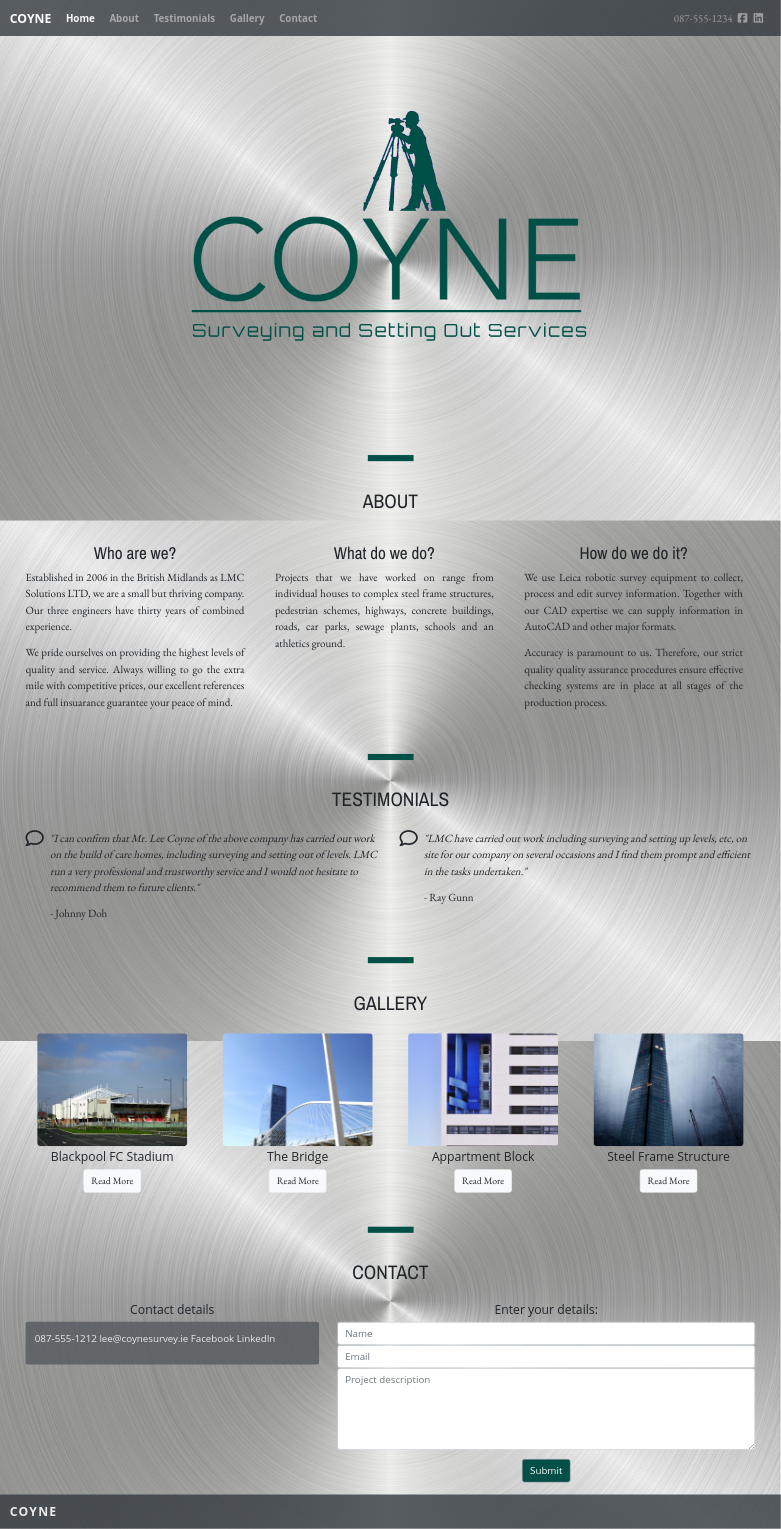
Repository: Leo-Cullen/first-milestone-project
Page: index.html
The author's editor kept a record of every edit. The page is drawn from the files as they stood at one moment, then again after the next edit.
The browser window is 1280 px wide. The pictures show the whole page, at 61% of full size.
Backgrounds fixed to the window are drawn as part of the page. Some web libraries are served in a nearby version.

Above is the page before.

### index.html
<!DOCTYPE html>
<html lang="en">

<head>
    <meta charset="UTF-8">
    <meta name="viewport" content="width=device-width, initial-scale=1.0">
    <meta http-equiv="X-UA-Compatible" content="ie=edge">
    <link rel="stylesheet" href="https://stackpath.bootstrapcdn.com/bootstrap/4.3.1/css/bootstrap.min.css" integrity="sha384-ggOyR0iXCbMQv3Xipma34MD+dH/1fQ784/j6cY/iJTQUOhcWr7x9JvoRxT2MZw1T" crossorigin="anonymous">
    <link href="https://fonts.googleapis.com/css?family=Archivo+Narrow|EB+Garamond&display=swap" rel="stylesheet">
    <link rel="stylesheet" href="assets/css/style.css" type="text/css" />
    <title>Coyne | Surveying and setting out services</title>
    <script src="https://kit.fontawesome.com/c525f812d6.js"></script>
</head>

<body>

    <nav class="navbar top-navbar navbar-expand-sm navbar-dark bg-dark fixed-top">
        <a class="navbar-brand" href="#"> COYNE </a>

        <button class="navbar-toggler" type="button" data-toggle="collapse" data-target="#navbarNav" aria-controls="navbarNav" aria-expanded="false" aria-label="Toggle navigation">
            <span class="navbar-toggler-icon"></span>
        </button>
        <div class="collapse navbar-collapse" id="navbarNav">
            <ul class="navbar-nav mr-auto">
                <li class="nav-item active">
                    <a class="active nav-link mr-2" href="#">Home <span class="sr-only">(current)</span></a>
                </li>
                <li class="nav-item mr-2">
                    <a class="nav-link" href="#about">About</a>
                </li>
                <li class="nav-item mr-2">
                    <a class="nav-link" href="#testimonials">Testimonials</a>
                </li>
                <li class="nav-item mr-2">
                    <a class="nav-link" href="#gallery-anchor">Gallery</a>
                </li>
                <li class="nav-item mr-2">
                    <a class="nav-link" href="#contact">Contact</a>
                </li>
            </ul>
            <div class="d-none d-md-block">
                <p class="navbar-text my-auto mr-2">087-555-1234 <i class="fab fa-facebook-square icon"></i><i class="fab fa-linkedin icon"></i></p>
            </div>
        </div>
    </nav>

    <div class="container-fluid  splash-container">
        <div class="row">
            <div class="col-12">
                <section class="splash jumbotron">
                    <img src="assets/images/coyne-logo.png" width="100%" height="100%" style="margin-top:100px" />
                    <!--  -->
                </section>
            </div>
        </div>
    </div>

    <div class="container-fluid about-container content-container">
        <!-- About section -->
        <hr id="about" />
        <section class="about-section">
            <div class="row">
                <div class="col-12 page-header">
                    <h2 class="text-uppercase section-heading">About</h2>
                </div>
            </div>
            <div class="row">
                <div class="col-12 col-md-6 col-lg-4">
                    <div class="about-col">
                        <h3 class="about-heading">Who are we?</h3>
                        <p>Established in 2006 in the British Midlands as LMC Solutions LTD, we are a small but thriving company. Our three engineers have thirty years of combined experience.</p>
                        <p>We pride ourselves on providing the highest levels of quality and service. Always willing to go the extra mile with competitive prices, our excellent references and full insuarance guarantee your peace of mind.</p>
                    </div>
                </div>
                <div class="col-12 col-md-6 col-lg-4">
                    <div class="about-col">
                        <h3 class="about-heading">What do we do?</h3>
                        <p>Projects that we have worked on range from individual houses to complex steel frame structures, pedestrian schemes, highways, concrete buildings, roads, car parks, sewage plants, schools and an athletics ground.</p>
                    </div>
                </div>
                <div class="col-12 col-md-6 col-lg-4">
                    <div class="about-col">
                        <h3 class="about-heading">How do we do it?</h3>
                        <p>We use Leica robotic survey equipment to collect, process and edit survey information. Together with our CAD expertise we can supply information in AutoCAD and other major formats.</p>
                        <p>Accuracy is paramount to us. Therefore, our strict quality quality assurance procedures ensure effective checking systems are in place at all stages of the production process.</p>
                    </div>
                </div>
            </div>
        </section>
        <!-- / About section -->
    </div>
    <!-- / About container -->

    <div class="container-fluid testimonials-container content-container">
        <!-- Testimonials section -->
        <hr id="testimonials" />
        <section class="testimonials">
            <div class="row">
                <div class="col-12 page-header">
                    <h2 class="text-uppercase section-heading">Testimonials</h2>
                </div>
            </div>
            <div class="row">
                <div class="col-12 col-md-6">
                    <div class="media">
                        <i class="far fa-comment" class="mr-3"></i>
                        <blockquote class="blockquote">
                            <p class="quote">"I can confirm that Mr. Lee Coyne of the above company has carried out work on the build of care homes, including surveying and setting out of levels. LMC run a very professional and trustworthy service and I would not hesitate
                                to recommend them to future clients."</p>
                            <p>- Johnny Doh</p>
                        </blockquote>
                    </div>
                </div>
                <div class="col-12 col-md-6">
                    <div class="media">
                        <i class="far fa-comment" class="mr-3"></i>
                        <blockquote class="blockquote">
                            <p class="quote">"LMC have carried out work including surveying and setting up levels, etc, on site for our company on several occasions and I find them prompt and efficient in the tasks undertaken."</p>
                            <p>- Ray Gunn</p>
                        </blockquote>
                    </div>
                </div>
            </div>
        </section>
        <!-- / Testimonials section -->
    </div>
    <!-- / Testimonials container -->

    <!-- Gallery container -->
    <div class="container-fluid gallery-container content-container">
        <hr id="gallery-anchor" />
        <section class="gallery">
            <div class="row">
                <div class="col-12 page-header">
                    <h2 class="text-uppercase section-heading">Gallery</h2>
                </div>
            </div>
            <div class="row">
                <div class="col-md-6 col-xl-3">
                    <img class="img-responsive" src="assets/images/blackpool-fc.jpg" />
                    <h5>Blackpool FC Stadium</h5>
                    <p><a class="btn btn-small btn-light" href="#">Read More</a></p>
                </div>
                <div class="col-md-6 col-xl-3">
                    <img class="img-responsive" src="assets/images/bridge-640x480.jpg" />
                    <h5>The Bridge</h5>
                    <p><a class="btn btn-small btn-light" href="#">Read More</a></p>
                </div>
                <div class="col-md-6 col-xl-3">
                    <img class="img-responsive" src="assets/images/appartments-640x480.jpg" />
                    <h5>Appartment Block</h5>
                    <p><a class="btn btn-small btn-light" href="#">Read More</a></p>
                </div>
                <div class="col-md-6 col-xl-3">
                    <img class="img-responsive" src="assets/images/skyscraper-640x480.jpg" />
                    <h5>Steel Frame Structure</h5>
                    <p><a class="btn btn-small btn-light" href="#">Read More</a></p>
                </div>
            </div>
        </section>
    </div>
    <!-- / Gallery container -->

    <!-- Contact container -->
    <div class="container-fluid contact-container content-container">
        <hr id="contact" />
        <section class="contact-section">
            <div class="row">
                <div class="col-12 page-header">
                    <h2 class="text-uppercase section-heading">CONTACT</h2>
                </div>
            </div>
            <div class="row bg-color-contact">

                <div class="col-md-5">
                    <h5 class="uppercase text-center">Contact details</h5>
                    <div class="contact-details">
                        <span>087-555-1212</span>
                        <span>lee@coynesurvey.ie</span>
                        <span><a class="contact-link" href="https://www.facebook.com" target="_blank">Facebook</a></span>
                        <span><a class="contact-link" href="https://www.linkedin.com" target="_blank">LinkedIn</a></span>
                        <p></p>
                        <p></p>
                        <p></p>
                    </div>

                </div>
                <div class="col-md-7 center-form">
                    <h5 class="uppercase text-center">Enter your details:</h5>
                    <form>
                        <input type="text" name="name" id="fullname" class="form-control" placeholder="Name" required />
                        <input type="email" name="email" id="emailaddress" class="form-control" placeholder="Email" required />
                        <textarea rows="5" name="projectsummary" id="projectsummary" class="form-control" placeholder="Project description" required></textarea>
                        <div class="form-row text-center">
                            <div class="col">
                                <button type="submit" class="btn btn-secondary">Submit</button>
                            </div>
                        </div>
                    </form>
                </div>
            </div>

        </section>
    </div>
    <!-- / Contact container -->

    <!-- Footer -->
    <nav class="navbar bottom-navbar navbar-expand-sm navbar-dark bg-dark">
        <a class="navbar-brand" href="#">COYNE</a>
    <!-- / Footer -->

    <script src="https://code.jquery.com/jquery-3.3.1.slim.min.js" integrity="sha384-q8i/X+965DzO0rT7abK41JStQIAqVgRVzpbzo5smXKp4YfRvH+8abtTE1Pi6jizo" crossorigin="anonymous"></script>
    <script src="https://cdnjs.cloudflare.com/ajax/libs/popper.js/1.14.7/umd/popper.min.js" integrity="sha384-UO2eT0CpHqdSJQ6hJty5KVphtPhzWj9WO1clHTMGa3JDZwrnQq4sF86dIHNDz0W1" crossorigin="anonymous"></script>
    <script src="https://stackpath.bootstrapcdn.com/bootstrap/4.3.1/js/bootstrap.min.js" integrity="sha384-JjSmVgyd0p3pXB1rRibZUAYoIIy6OrQ6VrjIEaFf/nJGzIxFDsf4x0xIM+B07jRM" crossorigin="anonymous"></script>

</body>

</html>

### assets/css/style.css
/*body,html {
    height: 100%;
    width:100%;
    margin: 0px;
}
*/
body {
    font-family: "Open Sans", sans-serif;
    background: url(../images/circular-metal-960x720.jpg) no-repeat center center fixed;
    -webkit-background-size: cover;
    -moz-background-size: cover;
    -o-background-size: cover;
    background-size: cover;


    overflow-x: hidden; /* remove horizontal scrollbar */
}

h1,h2,h3 {
    font-family: 'Archivo Narrow', sans-serif;
}

p {
    font-family: 'EB Garamond', serif;
    font-size: large;
}

.icon {
    margin: 0 5px 0;
}

/*------------------------------------------------------------------- navbar */

.navbar {
    opacity: 0.8;
}

.navbar-brand {
    font-weight: bold;
}

.top-navbar a {
    font-weight: bold;
}

.navbar-toggler {
    background-color: #005048;
}

/*-------------------------------------------------------------------general styles */

.page-header {
    margin-top: 0;
    margin-bottom: 0;
    text-align: center;
}

.page-header h2 {
    margin-top: 30px;
    margin-bottom: 30px;
}

hr {
    width: 75px;
    height: 10px;
    border: 0;
    background-color: #005048; /* dark green */
}

.section-heading {
    text-align: center;
}

.content-container {
    margin-bottom: 20px;
    margin: 0 auto;
    max-width: 95%; /* keep all content within screen  */
}

/*------------------------------------------------------------------- splash */

.splash-container {
     height: 100vh;
    display: flex;
    align-items: center;
    justify-content: center;
    position: relative;
}


.jumbotron {
   background-color: transparent;
   margin: 0;
}

/*------------------------------------------------------------------- about */

.about-container {
    margin-top: 00px;
    padding: 10px;
}

.about-col {
    padding-top: 20px;
    padding-right: 20px;
}

.about-heading {
    text-align: center;
}

.about-col p {
    text-align: justify;
}

/*-------------------------------------------------------------------testimonials */

.testimonials-container {
    margin-top: 20px;
    padding: 10px;
}

.quote {
    font-style: italic;
}

.testimonials i {
    font-size: 30px;
    margin-right: 10px;
}

/*-------------------------------------------------------------------gallery */

.gallery-container {
    text-align: center;
}

.gallery-container img {
    border-radius: 3%;
    /* border: solid 3px #525252; */
}

.gallery-container h5 {
    padding-top: 6px;
}

.gallery-container p {
    margin-bottom: 30px;
}

/*-------------------------------------------------------------------contact */

.contact-container {
    padding: 10px;
    text-align: center;
    padding-bottom: 0;
}

.img-responsive {
    max-width: 90%;
}

.contact-container i {
    font-size: 20px;
}

.contact-container p {
    font-size: 24px;
    letter-spacing: 2px;
}

.contact-details {
    background-color: #555a5f;
    opacity: 0.8;
}

.center-form .contact-details {
    padding-top: 10px;
    margin: 0 auto;
    max-width: 65%;
}

.contact-details {
    border-radius: 2%;
    text-align: left;
    padding-left: 15px;
    padding-top: 15px;
    padding-bottom: 15px;
    color: #fff;

}

.contact-details p {
    font-family: 'Archivo Narrow', sans-serif;
}


.contact-details a {
    color: #fff;
}

button[type="submit"] {
    margin-top: 15px;
    margin-bottom: 20px;
    background-color: #005048;
}

.bottom-navbar {
    margin: 0;
    letter-spacing: 2px;
    opacity: 0.8;
}

After the next edit:
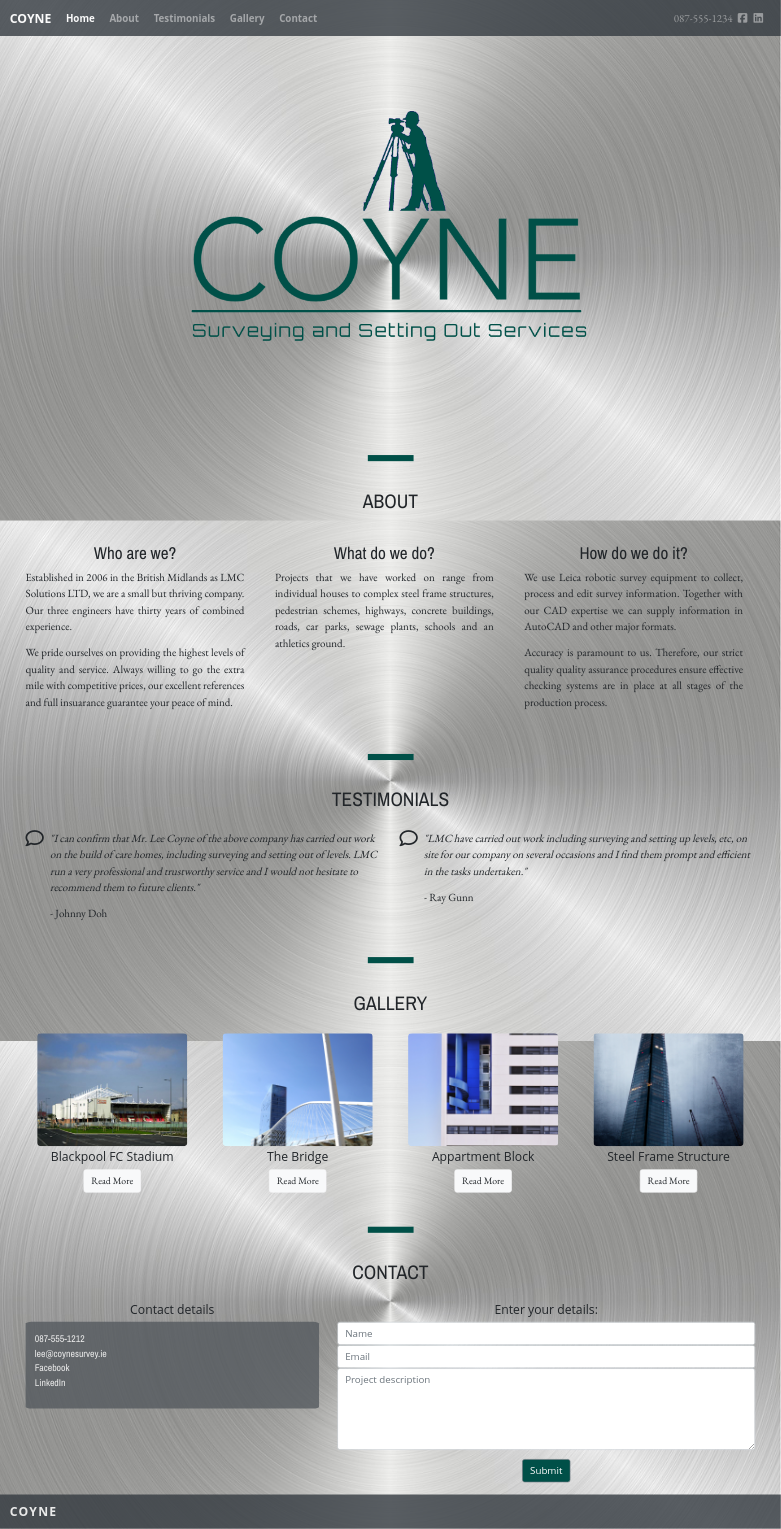
The edit:
--- a/assets/css/style.css
+++ b/assets/css/style.css
@@ -190,7 +190,9 @@
 
 }
 
-.contact-details p {
+.contact-details span {
+    display: block;
+    padding: 0;
     font-family: 'Archivo Narrow', sans-serif;
 }
 
